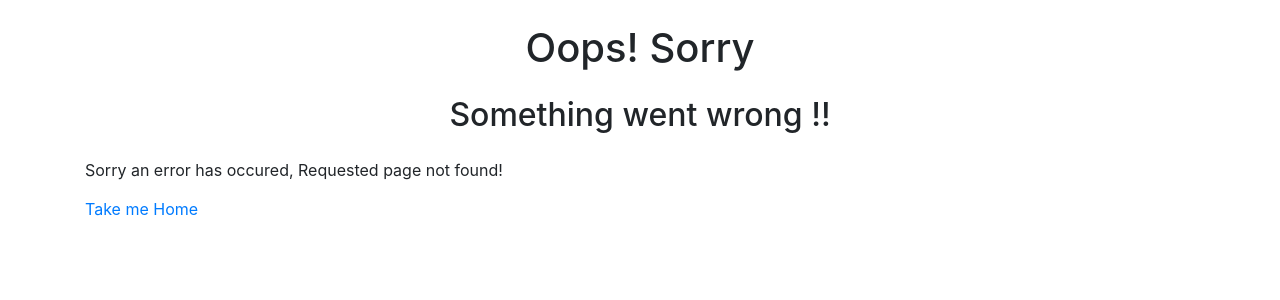
Repository: GovindParve/spring_mvc_maven_search_project
Page: http://localhost/springmvcsearch/WEB-INF/views/null_page.jsp
The author's editor kept a copy of each file at every save. The page is drawn from the files as they stood at one save, then again after the next save.
The browser window is 1280 px wide. The pictures show the whole page.
Some web libraries are served in a nearby version. The page is served by Tomcat 9. Nobody is signed in. Other server files are loaded and not shown. The template is opened directly, without the code that normally fills it, so the values that code supplies are empty.

Above is the page before, as saved 2023-06-18 17:58:58.

### springmvcsearch/src/main/webapp/WEB-INF/views/null_page.jsp
<%@ taglib prefix="c" uri="http://java.sun.com/jsp/jstl/core" %>
<!doctype html>
<html lang="en">
<head>
    <!-- Required meta tags -->
    <meta charset="utf-8">
    <meta name="viewport" content="width=device-width, initial-scale=1, shrink-to-fit=no">

    <!-- Bootstrap CSS -->
    <link rel="stylesheet"
    	 href="https://cdn.jsdelivr.net/npm/bootstrap@4.0.0/dist/css/bootstrap.min.css"
    	 integrity="sha384-Gn5384xqQ1aoWXA+058RXPxPg6fy4IWvTNh0E263XmFcJlSAwiGgFAW/dAiS6JXm"
    	 crossorigin="anonymous">

	<title>Error !!</title>
<style type="text/css">
.error-template{
	padding: 40px 15px;
	text-align: center;
}
.error-actions{
	margin-top: 15px;
	margin-bottom: 15px;
}
.error-action-btn{

}
</style>
</head>
<body>
<%--   	<img alt="my image" src="<c:url value="/resources/image/tiger1.jpg" />"> --%>
    <div class="container">
    	<h1 class="text-center m-4">Oops! Sorry</h1>
    	<h2 class="text-center m-4">Something went wrong !!</h2>
    	<div class="error-details">
    		Sorry an error has occured, Requested page not found!
    	</div>
    	<div class="error-actions">
    		<a href="#!"><span></span>
    			Take me Home</a>
    	</div>
    	<!-- <div class="card mx-auto mt-5 bg-warning" style="width: 50%">
    		<div class="card-body py-5">

    			<h3 class="text-center text-white" style="text-transform: uppercase">My Search</h3>

    			<form action="search" class="mt-3">
    				<div class="form-group">
    					<input type="text" name="querybox" placeholder="Enter your keyword" class="form-control" >
    				</div>
    				<div class="container text-center">
    					<button class="btn btn-outline-light">Search</button>
    				</div>
    			</form>
    		</div>
    	</div> -->
    </div>

    <!-- Optional JavaScript -->
    <!-- jQuery first, then Popper.js, then Bootstrap JS -->
    <script src="https://code.jquery.com/jquery-3.2.1.slim.min.js" integrity="sha384-KJ3o2DKtIkvYIK3UENzmM7KCkRr/rE9/Qpg6aAZGJwFDMVNA/GpGFF93hXpG5KkN" crossorigin="anonymous"></script>
    <script src="https://cdn.jsdelivr.net/npm/popper.js@1.12.9/dist/umd/popper.min.js" integrity="sha384-ApNbgh9B+Y1QKtv3Rn7W3mgPxhU9K/ScQsAP7hUibX39j7fakFPskvXusvfa0b4Q" crossorigin="anonymous"></script>
    <script src="https://cdn.jsdelivr.net/npm/bootstrap@4.0.0/dist/js/bootstrap.min.js" integrity="sha384-JZR6Spejh4U02d8jOt6vLEHfe/JQGiRRSQQxSfFWpi1MquVdAyjUar5+76PVCmYl" crossorigin="anonymous"></script>
</body>
</html>

After the next save:
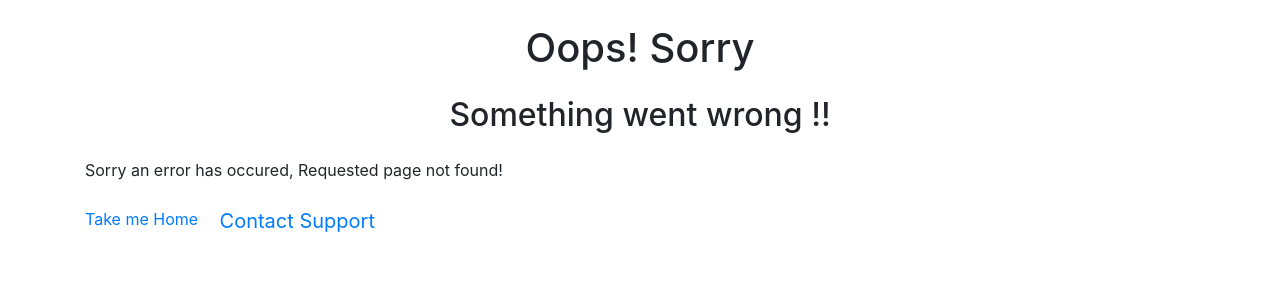
Saved 116 s later.
--- a/springmvcsearch/src/main/webapp/WEB-INF/views/null_page.jsp
+++ b/springmvcsearch/src/main/webapp/WEB-INF/views/null_page.jsp
@@ -38,6 +38,7 @@
     	<div class="error-actions">
     		<a href="#!"><span></span>
     			Take me Home</a>
+    		<a href="#!" class="btn btn-default btn-lg"><span>Contact Support</span></a>
     	</div>
     	<!-- <div class="card mx-auto mt-5 bg-warning" style="width: 50%">
     		<div class="card-body py-5">
